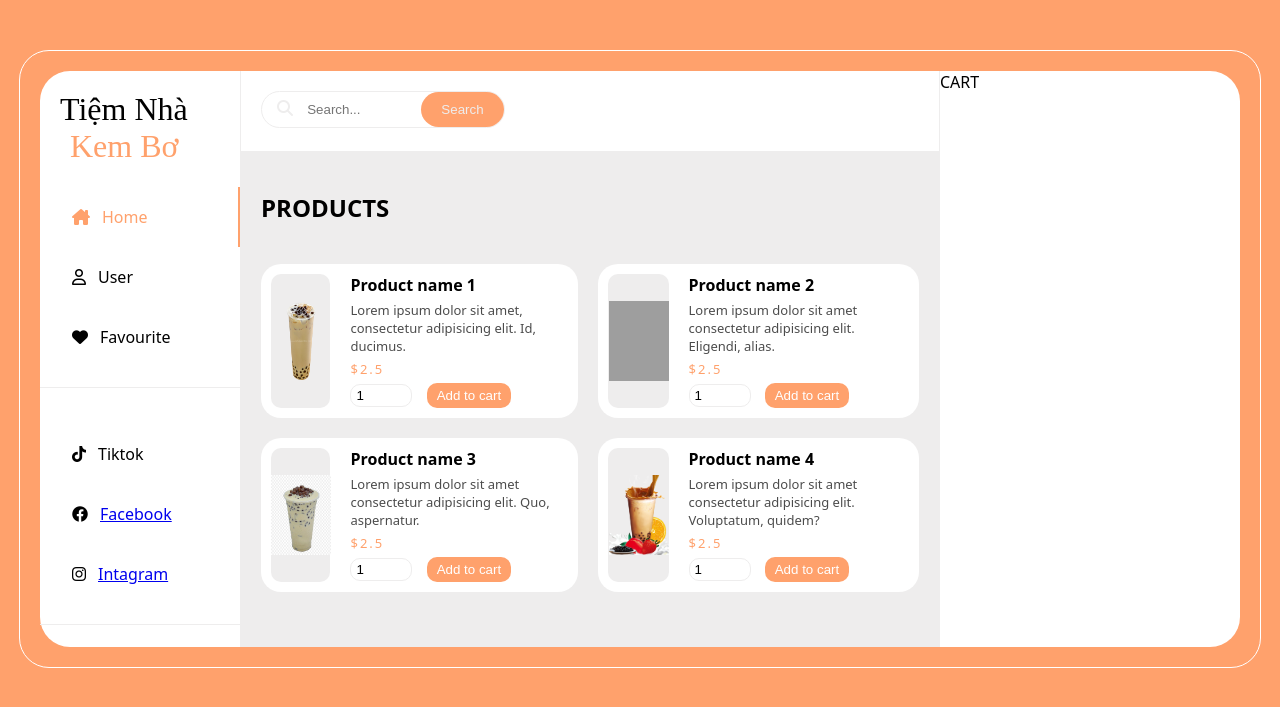
Repository: hnguyeng/tiemnhabo
Page: index.html
The author's editor kept a copy of each file at every save. The page is drawn from the files as they stood at one save, then again after the next save.
The browser window is 1280 px wide. The pictures show the whole page.
Pictures or frames that could not be fetched are drawn as grey boxes.

Above is the page before, as saved 2022-12-13 16:40:09.

After the next save:
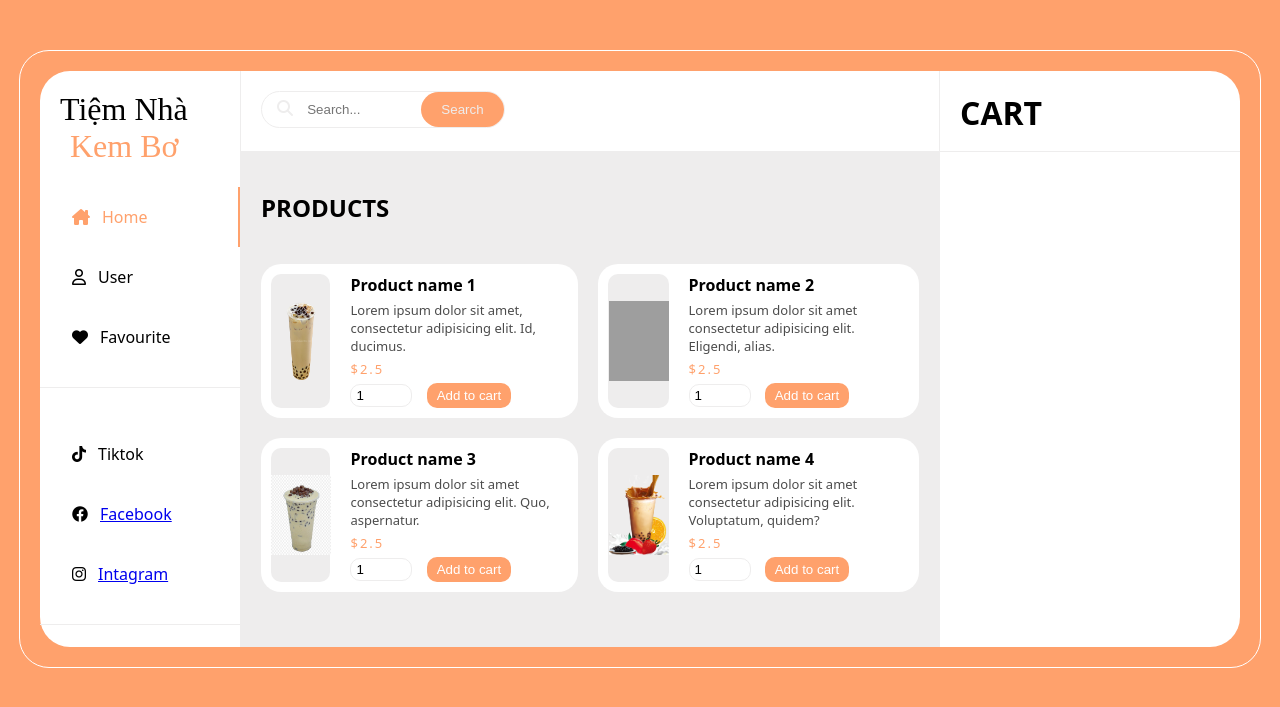
Saved 105 s later.
--- a/style.css
+++ b/style.css
@@ -162,3 +162,24 @@
    margin-top: 5px;
 }
  /* end center */
+ .cart .item{
+   transition: 0.5s;
+   border-bottom: 1px solid var(--light);
+}
+.cart .name{
+   padding:20px;
+   height:40px;
+   font-weight: bold;
+   font-size: xx-large;
+   border-bottom:1px solid var(--light)
+}
+.danger{
+   box-shadow: 0 10px 10px var(--orange);
+   transform: translate(0,-10px);
+}
+.cart .add{
+   display: none;
+}
+.cart .remove{
+   display: inline-block!important;
+}
